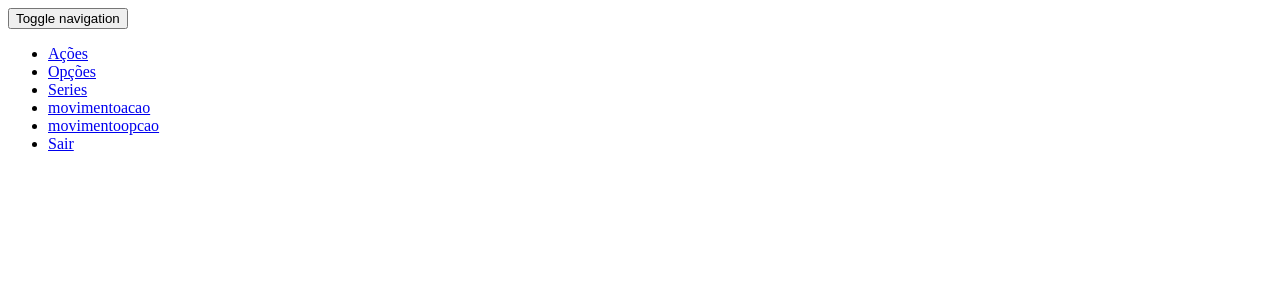
Repository: icaroplive/dashboard_carteira_acoes
Page: views/sidebar.html
These files come from the project's save history. The page is drawn as it stood at one moment and after the next save; the edit follows.
The browser window is 1280 px wide. The pictures show the whole page.

Above is the page before, as saved 2020-08-25 11:57:29.

After the next save:
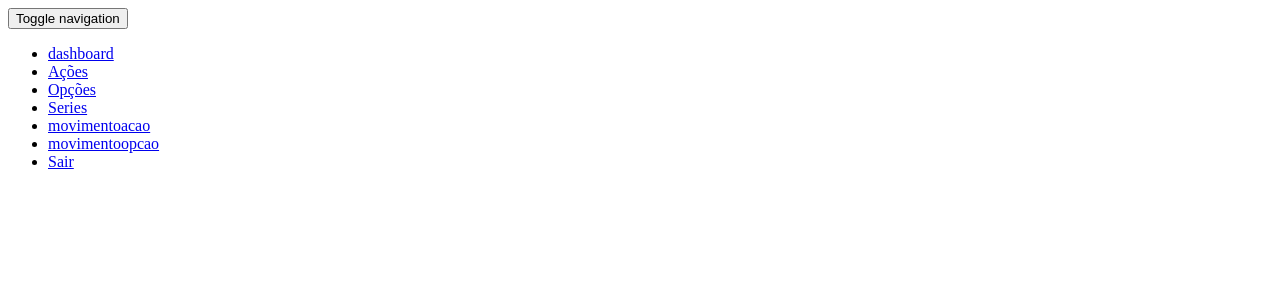
Saved 16 s later.
--- a/views/sidebar.html
+++ b/views/sidebar.html
@@ -10,6 +10,8 @@
     </div>
     <div class="collapse navbar-collapse" id="bs-sidebar-navbar-collapse-1">
       <ul class="nav navbar-nav">
+        <li ng-class="{active : location.path() =='/dashboard'}""><a href=" #/acoes">dashboard<span
+            style="font-size:16px;" class="pull-left hidden-xs showopacity glyphicon glyphicon-home"></span></a></li>
         <li ng-class="{active : location.path() =='/acoes'}""><a href=" #/acoes">Ações<span style="font-size:16px;"
             class="pull-left hidden-xs showopacity glyphicon glyphicon-home"></span></a></li>
 
